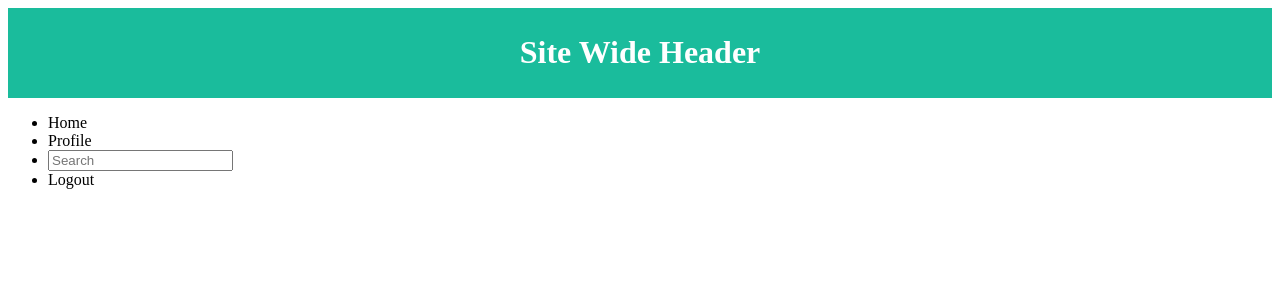
Repository: ayeza-baseer/AssignmentFlexbox
Page: assignment.html
The author's editor kept a copy of each file at every save. The page is drawn from the files as they stood at one save, then again after the next save.
The browser window is 1280 px wide. The pictures show the whole page.

Above is the page before, as saved 2023-03-17 13:28:19.

After the next save:
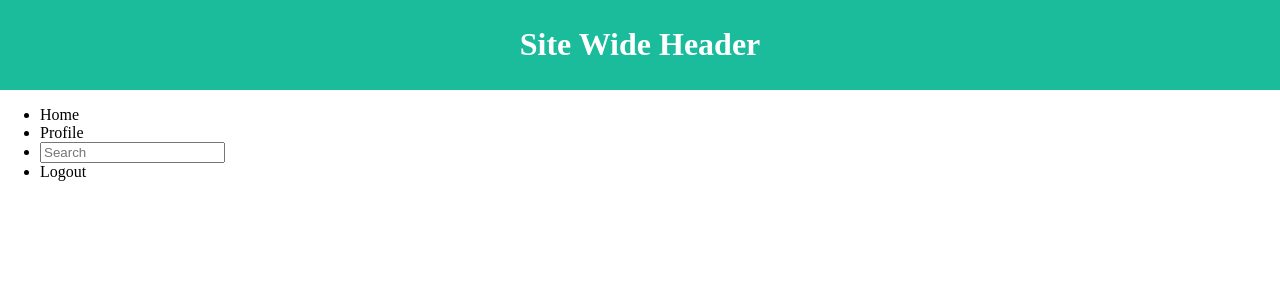
Saved 66 s later.
--- a/assignment.css
+++ b/assignment.css
@@ -1,7 +1,11 @@
 .header{
     padding: 5px;
-    margin:0;
+
     text-align: center;
     background: #1abc9c;
     color: white;
 }
+
+body{
+    margin:0
+}
